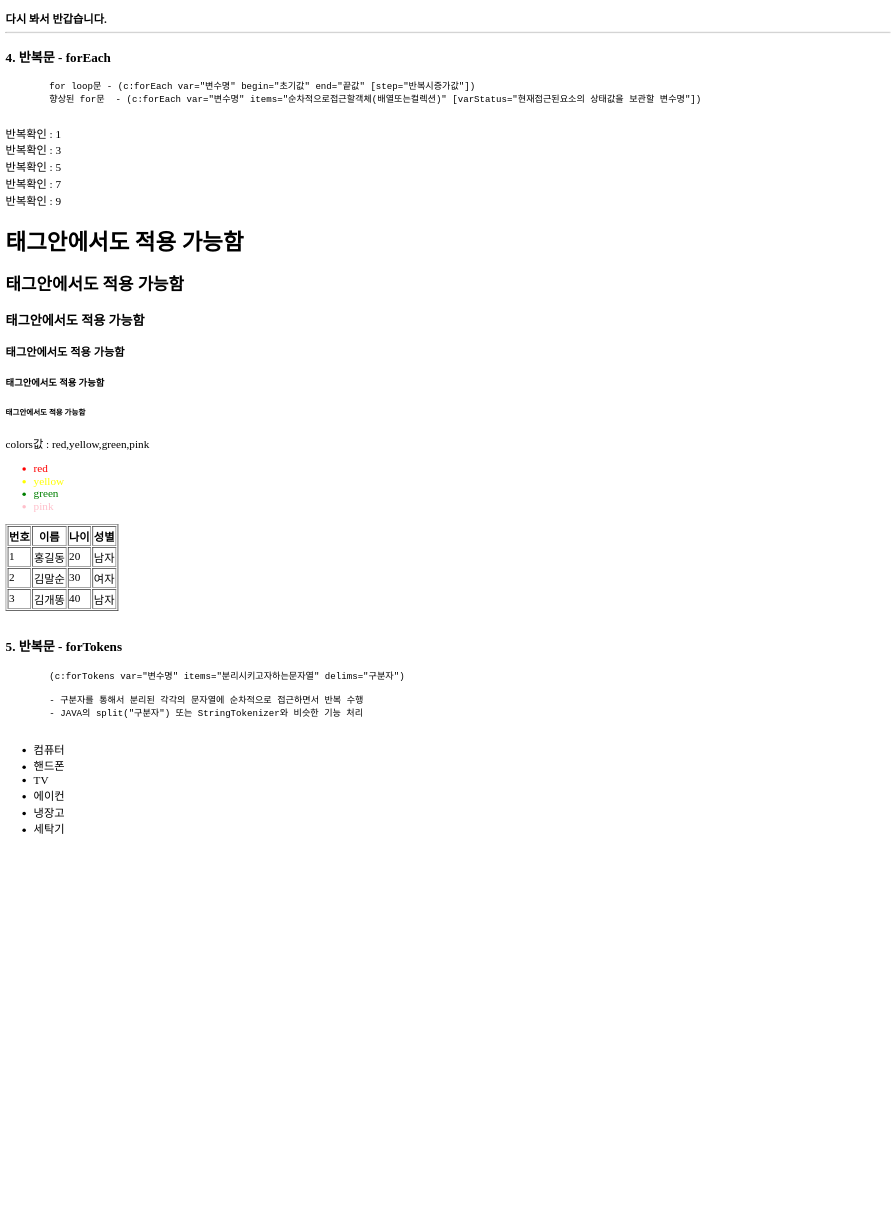
Repository: Young-27/DailyStudy
Page: http://localhost/actionProject/views/3_customAction/01_core.jsp
The author's editor kept a copy of each file at every save. The page is drawn from the files as they stood at one save, then again after the next save.
The browser window is 1280 px wide. The pictures show the part of the page from y = 1391 to 3311 px (the page is 3115 px tall before and 3311 px after), at 70% of full size.
The page is served by Tomcat 9.

Above is the page before, as saved 2021-06-17 11:25:30.

After the next save:
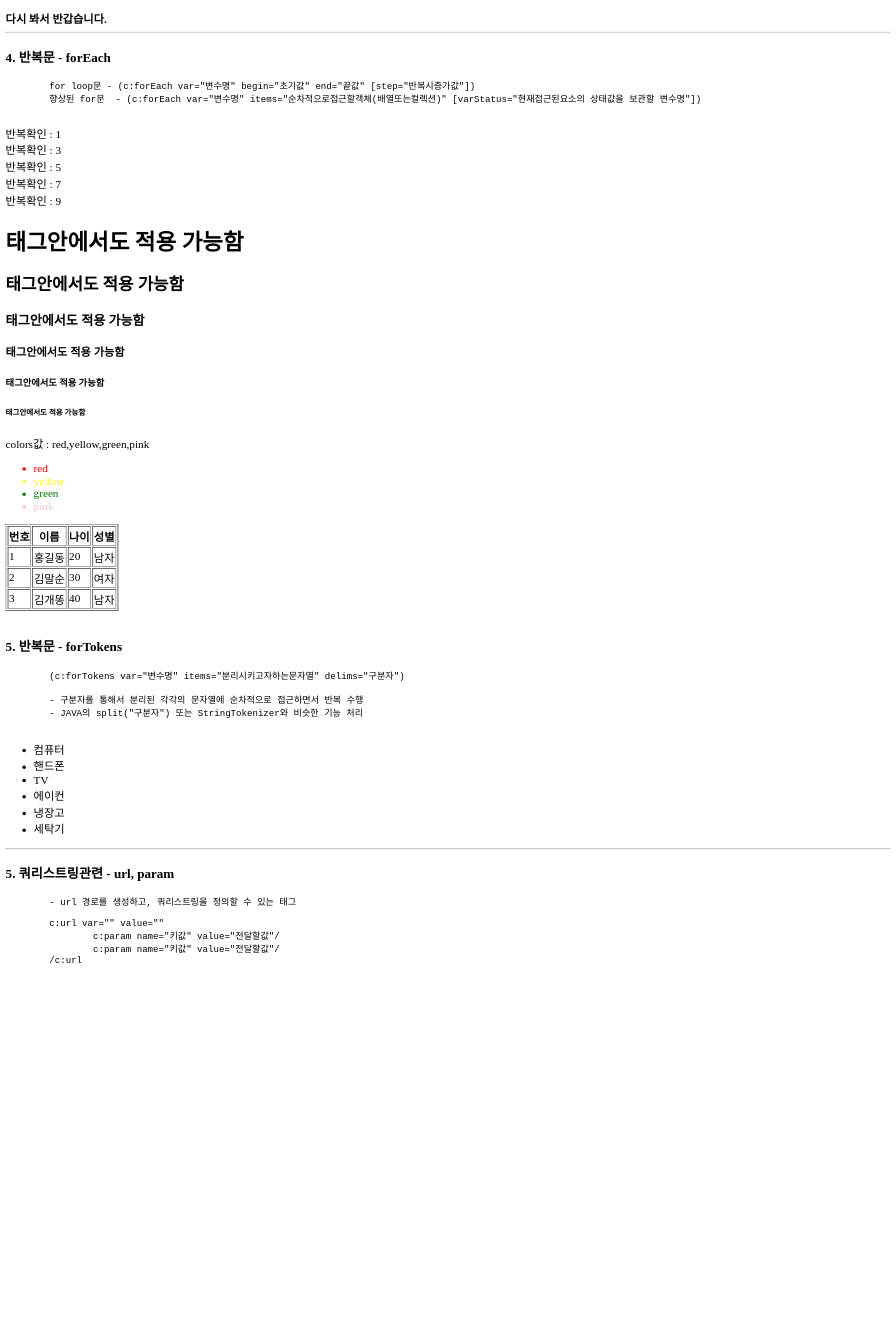
Saved 6 min 33 s later.
--- a/Server/web-workspace2/actionProject/WebContent/views/3_customAction/01_core.jsp
+++ b/Server/web-workspace2/actionProject/WebContent/views/3_customAction/01_core.jsp
@@ -257,7 +257,17 @@
 		</c:forTokens>
 	</ul>
 
-
+	<hr>
+
+	<h3>5. 쿼리스트링관련 - url, param</h3>
+	<pre>
+	- url 경로를 생성하고, 쿼리스트링을 정의할 수 있는 태그
+
+	c:url var="" value=""
+		c:param name="키값" value="전달할값"/
+		c:param name="키값" value="전달할값"/
+	/c:url
+	</pre>
 
 
 
